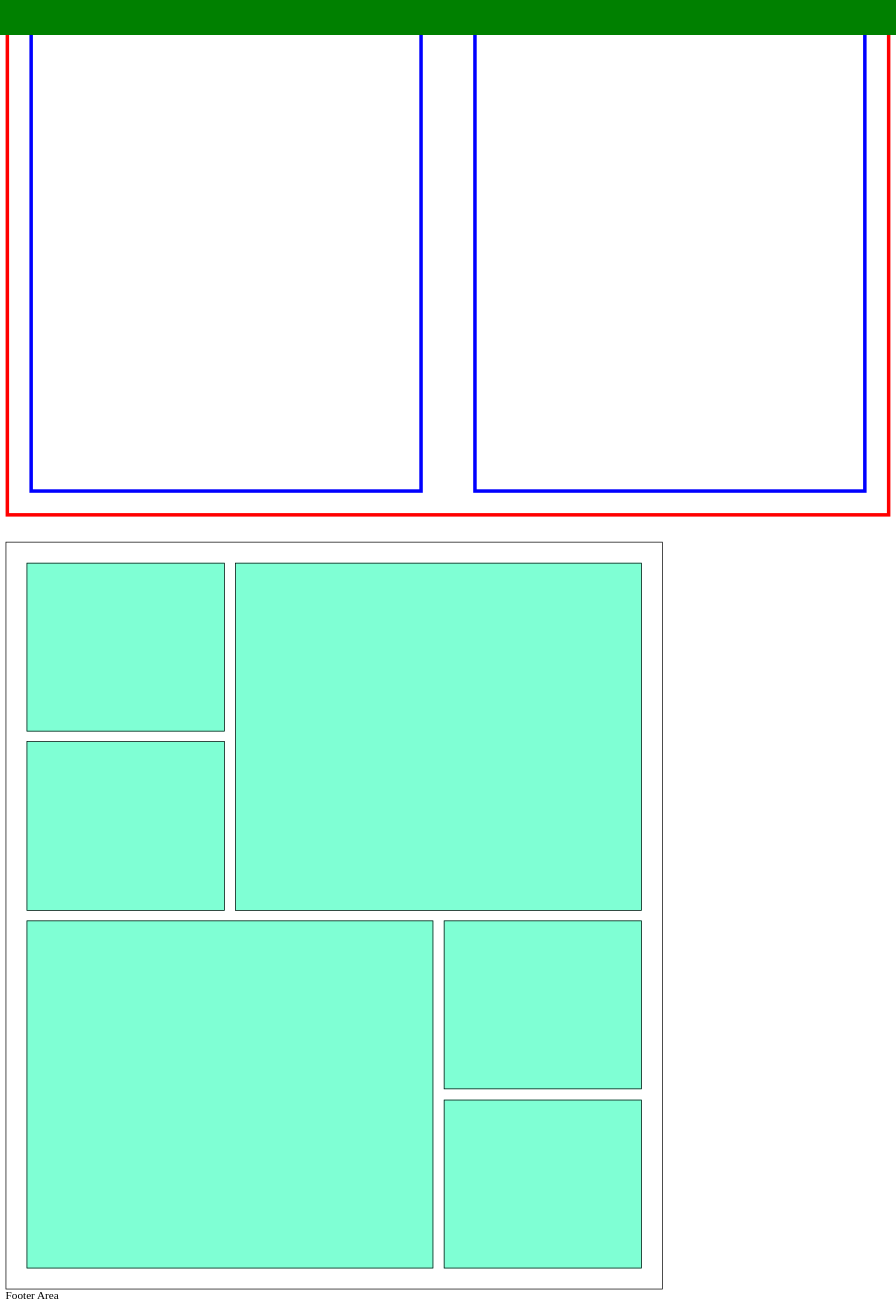
Repository: BwesewB/Brutalist-Website
Page: /
The author's editor kept a copy of each file at every save. The page is drawn from the files as they stood at one save, then again after the next save.
The browser window is 1280 px wide. The pictures show the whole page, at 70% of full size.
The project was rebuilt for these pictures with package versions that can differ from the ones it lists, and the page was loaded fresh each time. The framework's server and built-in components were replaced by stand-ins that run in the browser. Also part of the build but not shown: next.config.mjs.

Above is the page before, as saved 2024-02-03 17:29:46.

### pages/index.js
import Head from "next/head";
import Image from "next/image";
import styles from "@/styles/Home.module.css";
import { useState } from "react";



export default function Home() {

  const[input,setInput] = useState();


  const classFilters = {
    1: 'Magician',
    2: 'Theif',
    4: 'Warrior',
    8: 'Bowman',
    16: 'Pirate',
    32: 'Nothing'
  }

const getClassStyle = flagValue => (input & flagValue) > 0 ? { backgroundColor: 'yellow'} : null;

  return (
    <>
      <Head>
        <title>Create Next App</title>
        <meta name="description" content="Generated by create next app" />
        <meta name="viewport" content="width=device-width, initial-scale=1" />
        <link rel="icon" href="/favicon.ico" />
      </Head>
      <main className={`${styles.main}`}>
        <div className={styles.titlePage}>
          <div className={styles.graphic}></div>
          <div className={styles.displayPanel}>
            <div className={styles.inputArea}></div>
          </div>
        </div>
        <div className={styles.displayArea}>
          <div className={styles.posterOne}></div>
          <div className={styles.posterTwo}></div>
          <div className={styles.posterThree}></div>
          <div className={styles.posterFour}></div>
          <div className={styles.posterFive}></div>
          <div className={styles.posterSix}></div>
        </div>
      </main>
      <footer>
        Footer Area
      </footer>
    </>
  );
}

{/* <div class="inputArea">
<input
id="input"
type="text"
placeholder="bitmask decimal value"
value={input}
onChange={event => setInput(event.target.value)}
/>
</div>
<div class="posterArea" >                                                             need to change to posters
<table>
  <tbody>
    {
      Object.keys(classFilters).map(item => (
        <tr key={item} style={getClassStyle(item)}>
          <td>{item}</td>
          <td>{classFilters[item]}</td>
        </tr>
      ))
    }
  </tbody>
</table>
</div> */}

### styles/globals.css
:root{

}

### styles/Home.module.css
.main {
  display:grid;
  grid-template-columns: repeat(4, 1fr);
  gap:5vh;
}

/* <div class="titlePage">
<div class="graphic"></div>
<div class="inputArea"></div>
</div>
<div class="displayArea">
<div class="posterOne"></div>
<div class="posterTwo"></div>
<div class="posterThree"></div>
<div class="posterFour"></div>
<div class="posterFive"></div>
<div class="posterSix"></div>
</div> */

.titlePage{
  height:100vh;
  grid-column: 1/5;
  border: 5px solid red;
/*---------------------------------------------------------------------------------------------------------*/
  display:grid;
  grid-template-columns: repeat(2, 1fr);
  gap:2vh;
}

.graphic, .displayPanel{
  border: 5px solid blue;
  margin:4vh;
}

.graphic{
  grid-column: 1/2;

}

.displayPanel{
  grid-column: 2/3;
  grid-template-columns: repeat(2, 1fr);
  gap:4vh
}

.inputArea{
  position:fixed;
  border-left: 5px solid green;
  background-color: green;
  position: fixed;
  top: 0; /* Adjust as needed */
  left: 0; /* Adjust as needed */
  width: 100%; /* Make it full width */
  height: 50px; /* Set your desired height */
}

/*---------------------------------------------------------------------------------------------------------*/
.displayArea {
  grid-column: 1/4;
/*--------------------------------------------------------------------------------------------------------- This needs to be in a component*/
  display: grid;
  grid-template-columns: repeat(3, 1fr);
  grid-template-rows: repeat(4, 1fr);
  gap: 2vh;
  border: 1px solid black;
  height:140vh;
  padding: 4vh;
}
/*---------------------------------------------------------------------------------------------------------*/

.posterOne,
.posterTwo,
.posterThree,
.posterFour,
.posterFive,
.posterSix {
  background-color: aquamarine;
  border: 1px solid black;
}

.posterTwo{
  grid-column: 2/4;
  grid-row: 1/3;
}

.posterFour{
  grid-column: 1/3;
  grid-row: 3/5;
}

Loaded but not shown: pages/_app.js (common file); pages/_document.js (common file)

After the next save:
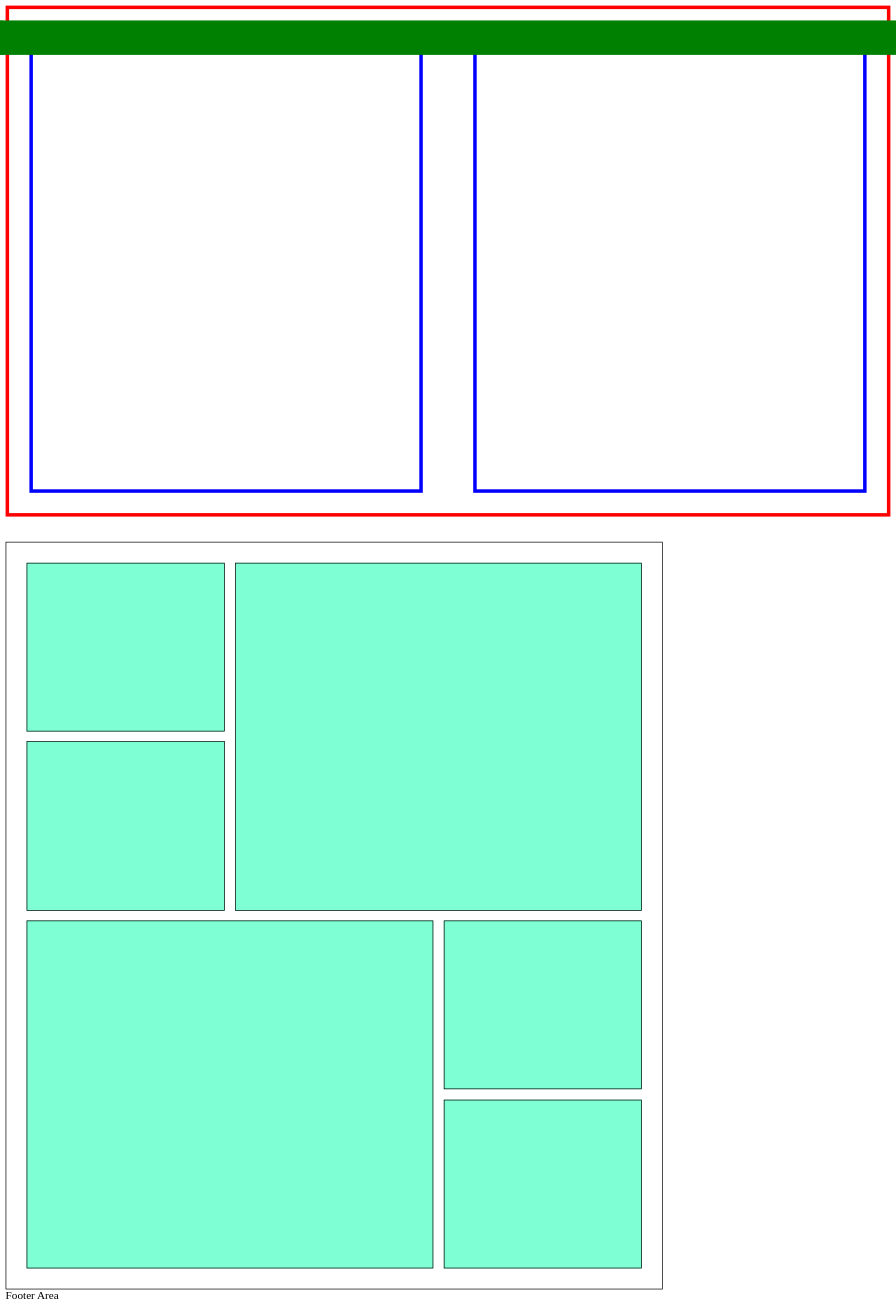
Saved 23 s later.
--- a/styles/Home.module.css
+++ b/styles/Home.module.css
@@ -48,7 +48,7 @@
   border-left: 5px solid green;
   background-color: green;
   position: fixed;
-  top: 0; /* Adjust as needed */
+  top: 4vh; /* Adjust as needed */
   left: 0; /* Adjust as needed */
   width: 100%; /* Make it full width */
   height: 50px; /* Set your desired height */
